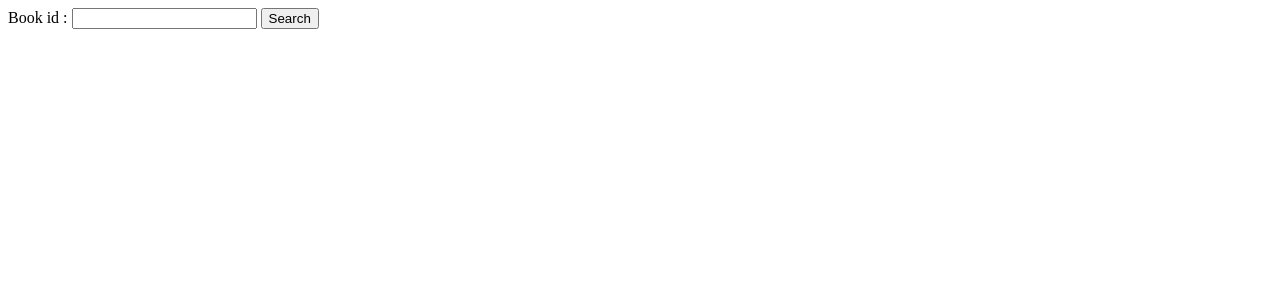
Repository: Wilsonrangari/SpringBoot_Microservices
Page: http://localhost/14_Web_MVC_Book_App/views/index.jsp
The author's editor kept a copy of each file at every save. The page is drawn from the files as they stood at one save, then again after the next save.
The browser window is 1280 px wide. The pictures show the whole page.
The page is served by Tomcat 9.

Above is the page before, as saved 2023-04-08 18:25:53.

After the next save:
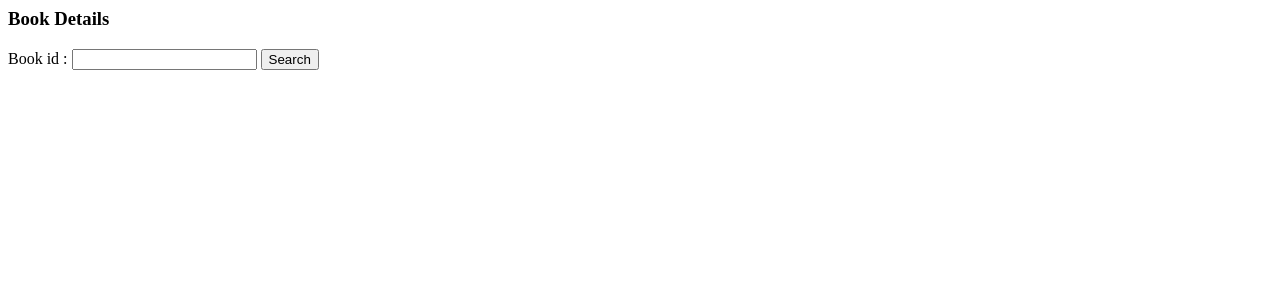
Saved 111 s later.
--- a/14_Web_MVC_Book_App/src/main/webapp/views/index.jsp
+++ b/14_Web_MVC_Book_App/src/main/webapp/views/index.jsp
@@ -4,6 +4,8 @@
 
 </head>
 <body>
+
+<h3>Book Details</h3>
    <form action="">
 
    Book id : <input type="text" name="id"/>
